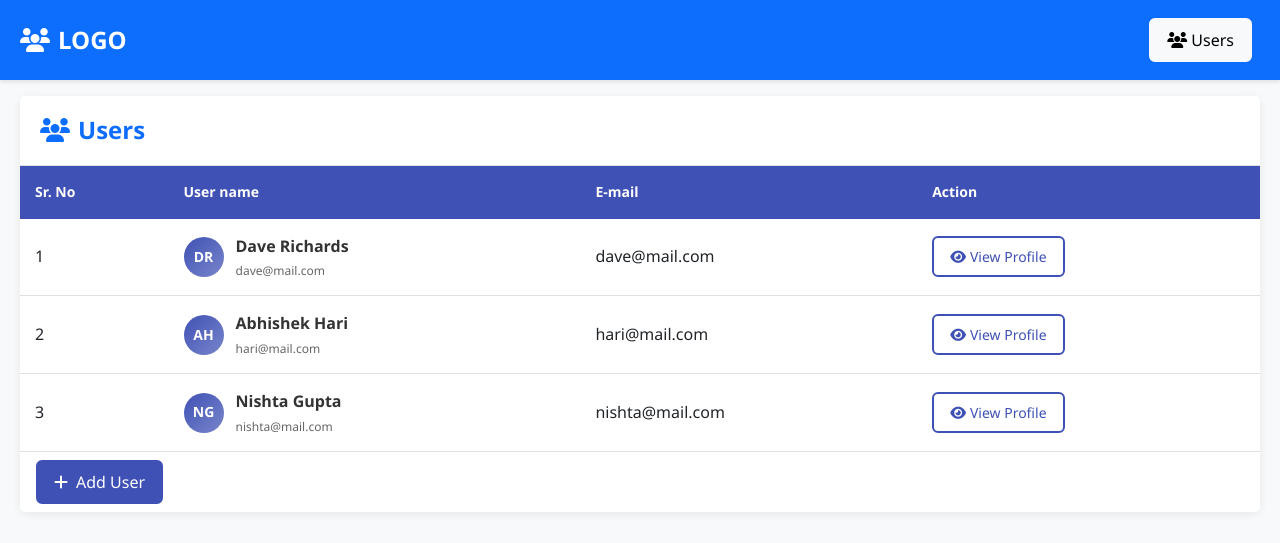
Repository: lavanya671-G/interview_buddy
Page: index.html
The author's editor kept a copy of each file at every save. The page is drawn from the files as they stood at one save, then again after the next save.
The browser window is 1280 px wide. The pictures show the whole page.

Above is the page before, as saved 2025-10-25 23:03:36.

### index.html
<!DOCTYPE html>
<html lang="en">
<head>
    <meta charset="UTF-8">
    <meta name="viewport" content="width=device-width, initial-scale=1.0">
    <title>User Profiles Management</title>
    <link href="https://cdn.jsdelivr.net/npm/bootstrap@5.3.0/dist/css/bootstrap.min.css" rel="stylesheet">
    <link rel="stylesheet" href="https://cdnjs.cloudflare.com/ajax/libs/font-awesome/6.4.0/css/all.min.css">
    <link rel="stylesheet" href="styles.css">
</head>
<body>
    <div id="root">

        <div id="loading" class="loading-spinner">
            <div class="spinner-border text-primary" role="status">
                <span class="visually-hidden">Loading...</span>
            </div>
        </div>


        <div id="error" class="error-message" style="display: none;">
            <i class="fas fa-exclamation-triangle me-2"></i>
            <span id="error-text"></span>
        </div>


        <div id="app-content" style="display: none;">

            <nav class="navbar navbar-expand-lg navbar-dark bg-primary">
                <div class="container-fluid">
                    <a class="navbar-brand fw-bold" href="#">
                        <i class="fas fa-users me-2"></i>LOGO
                    </a>
                    <div class="navbar-nav ms-auto">
                        <button id="users-nav-btn" class="btn btn-outline-light me-2">
                            <i class="fas fa-users me-1"></i>Users
                        </button>
                        <button id="profile-nav-btn" class="btn btn-outline-light" style="display: none;">
                            <i class="fas fa-user me-1"></i>Profile
                        </button>
                    </div>
                </div>
            </nav>


            <div class="container-fluid mt-3">

                <div id="users-view">
                    <div class="card">
                        <div class="card-header bg-white">
                            <h4 class="mb-0 text-primary">
                                <i class="fas fa-users me-2"></i>Users
                            </h4>
                        </div>
                        <div class="card-body p-0">
                            <div class="table-responsive">
                                <table class="table table-hover mb-0">
                                    <thead class="table-primary">
                                        <tr>
                                            <th>Sr. No</th>
                                            <th>User name</th>
                                            <th>E-mail</th>
                                            <th>Action</th>
                                        </tr>
                                    </thead>
                                    <tbody id="users-table-body">

                                    </tbody>
                                </table>
                            </div>
                            <div class="card-footer bg-white border-0">
                                <button id="add-user-btn" class="btn btn-primary">
                                    <i class="fas fa-plus me-2"></i>Add User
                                </button>
                            </div>
                        </div>
                    </div>
                </div>


                <div id="add-user-view" style="display: none;">
                    <div class="card">
                        <div class="card-header bg-white d-flex justify-content-between align-items-center">
                            <h4 class="mb-0 text-primary">Add User</h4>
                            <button id="back-to-users" class="btn btn-outline-secondary">
                                <i class="fas fa-arrow-left me-2"></i>Back to Users
                            </button>
                        </div>
                        <div class="card-body">
                            <form id="add-user-form">
                                <div class="row">
                                    <div class="col-md-6 mb-3">
                                        <label class="form-label fw-semibold">First Name</label>
                                        <input type="text" class="form-control" id="add-first-name" placeholder="e.g. John" required>
                                    </div>
                                    <div class="col-md-6 mb-3">
                                        <label class="form-label fw-semibold">Last Name</label>
                                        <input type="text" class="form-control" id="add-last-name" placeholder="e.g. Doe" required>
                                    </div>
                                </div>
                                <div class="row">
                                    <div class="col-md-6 mb-3">
                                        <label class="form-label fw-semibold">Email</label>
                                        <input type="email" class="form-control" id="add-email" placeholder="e.g. john@mail.com" required>
                                    </div>
                                    <div class="col-md-6 mb-3">
                                        <label class="form-label fw-semibold">Phone</label>
                                        <input type="text" class="form-control" id="add-phone" placeholder="e.g. 8332883854" required>
                                    </div>
                                </div>
                                <div class="d-flex gap-2">
                                    <button type="submit" class="btn btn-success">
                                        <i class="fas fa-save me-2"></i>Save User
                                    </button>
                                    <button type="button" id="cancel-add-user" class="btn btn-outline-secondary">
                                        <i class="fas fa-times me-2"></i>Cancel
                                    </button>
                                </div>
                            </form>
                        </div>
                    </div>
                </div>


                <div id="profile-view" style="display: none;">
                </div>
            </div>
        </div>
    </div>

    <script src="https://cdn.jsdelivr.net/npm/bootstrap@5.3.0/dist/js/bootstrap.bundle.min.js"></script>
    <script src="app.js"></script>
</body>
</html>

### styles.css
:root {
    --primary-color: #3f51b5;
    --secondary-color: #f5f5f5;
    --accent-color: #ff4081;
    --text-color: #333;
    --border-color: #e0e0e0;
}

* {
    margin: 0;
    padding: 0;
    box-sizing: border-box;
}

body {
    font-family: 'Segoe UI', Tahoma, Geneva, Verdana, sans-serif;
    background-color: #f8f9fa;
    color: var(--text-color);
    line-height: 1.6;
}

.navbar {
    box-shadow: 0 2px 4px rgba(0,0,0,0.1);
    padding: 1rem 0;
}

.navbar-brand {
    font-size: 1.5rem;
}

.container-fluid {
    padding: 0 20px;
}

.card {
    border: none;
    border-radius: 8px;
    box-shadow: 0 2px 10px rgba(0,0,0,0.08);
    margin-bottom: 20px;
}

.card-header {
    background: white;
    border-bottom: 1px solid var(--border-color);
    padding: 20px;
}

.card-header h4 {
    color: var(--primary-color);
    font-weight: 600;
}

.table {
    margin: 0;
}

.table thead th {
    background-color: var(--primary-color);
    color: white;
    border: none;
    padding: 15px;
    font-weight: 600;
    font-size: 14px;
}

.table tbody tr {
    transition: background-color 0.2s ease;
}

.table tbody tr:hover {
    background-color: rgba(63, 81, 181, 0.05);
}

.table tbody td {
    padding: 15px;
    vertical-align: middle;
    border-bottom: 1px solid var(--border-color);
}


.user-avatar {
    width: 40px;
    height: 40px;
    border-radius: 50%;
    background: linear-gradient(135deg, var(--primary-color), #7986cb);
    color: white;
    display: flex;
    align-items: center;
    justify-content: center;
    font-weight: bold;
    font-size: 14px;
    margin-right: 12px;
}

.user-info {
    display: flex;
    align-items: center;
}

.user-name {
    font-weight: 600;
    color: var(--text-color);
}

.user-email {
    font-size: 12px;
    color: #666;
    margin-top: 2px;
}


.btn {
    border-radius: 6px;
    padding: 8px 16px;
    font-weight: 500;
    transition: all 0.3s ease;
    border: 2px solid transparent;
}

.btn-primary {
    background: var(--primary-color);
    border-color: var(--primary-color);
}

.btn-primary:hover {
    background: #303f9f;
    border-color: #303f9f;
    transform: translateY(-1px);
}

.btn-outline-primary {
    border-color: var(--primary-color);
    color: var(--primary-color);
    background: transparent;
}

.btn-outline-primary:hover {
    background: var(--primary-color);
    color: white;
}

.btn-success {
    background: #28a745;
    border-color: #28a745;
}

.btn-outline-secondary {
    border-color: #6c757d;
    color: #6c757d;
}


.loading-spinner {
    display: flex;
    justify-content: center;
    align-items: center;
    height: 100vh;
    background: white;
}

.error-message {
    background: #dc3545;
    color: white;
    padding: 12px 20px;
    border-radius: 6px;
    margin: 20px 0;
    display: none;
    position: fixed;
    top: 20px;
    right: 20px;
    z-index: 1000;
    box-shadow: 0 4px 6px rgba(0,0,0,0.1);
}


.profile-header {
    background: white;
    padding: 30px;
    border-bottom: 1px solid var(--border-color);
}

.profile-header-content {
    display: flex;
    align-items: center;
    margin-bottom: 20px;
}

.profile-avatar-large {
    width: 80px;
    height: 80px;
    border-radius: 50%;
    background: linear-gradient(135deg, var(--primary-color), #7986cb);
    color: white;
    display: flex;
    align-items: center;
    justify-content: center;
    font-size: 24px;
    font-weight: bold;
    margin-right: 20px;
}

.profile-info h2 {
    margin: 0;
    color: var(--text-color);
    font-weight: 700;
}

.profile-info p {
    margin: 5px 0 0 0;
    color: #666;
    font-size: 14px;
}

/* Profile Navigation Tabs */
.profile-nav {
    background: white;
    border-bottom: 1px solid var(--border-color);
}

.profile-nav .nav {
    padding: 0 30px;
}

.profile-nav .nav-link {
    color: #666;
    font-weight: 500;
    padding: 15px 20px;
    border: none;
    background: none;
    border-bottom: 3px solid transparent;
    transition: all 0.3s ease;
}

.profile-nav .nav-link:hover {
    color: var(--primary-color);
    background: rgba(63, 81, 181, 0.05);
}

.profile-nav .nav-link.active {
    color: var(--primary-color);
    border-bottom-color: var(--primary-color);
    background: none;
}

.tab-content {
    background: white;
    padding: 30px;
}

.tab-pane {
    animation: fadeIn 0.3s ease;
}

@keyframes fadeIn {
    from { opacity: 0; }
    to { opacity: 1; }
}

.section-header {
    color: var(--primary-color);
    font-weight: 600;
    margin-bottom: 20px;
    padding-bottom: 10px;
    border-bottom: 2px solid var(--border-color);
}


.profile-form .row {
    margin-bottom: 20px;
}

.profile-form .form-label {
    font-weight: 600;
    color: var(--text-color);
    margin-bottom: 8px;
    font-size: 14px;
}

.profile-form .form-control {
    border: 2px solid #e9ecef;
    border-radius: 6px;
    padding: 10px 12px;
    font-size: 14px;
}

.profile-form .form-control:focus {
    border-color: var(--primary-color);
    box-shadow: 0 0 0 0.2rem rgba(63, 81, 181, 0.1);
}

.profile-form .form-select {
    border: 2px solid #e9ecef;
    border-radius: 6px;
    padding: 10px 12px;
    font-size: 14px;
}

.work-experience-item {
    background: var(--secondary-color);
    border: 1px solid var(--border-color);
    border-radius: 8px;
    padding: 20px;
    margin-bottom: 15px;
}

.work-experience-item .row {
    margin-bottom: 15px;
}

.skills-projects-section {
    margin-top: 30px;
}


.linkedin-resume-section {
    margin-top: 30px;
    padding-top: 20px;
    border-top: 1px solid var(--border-color);
}


.action-buttons {
    display: flex;
    gap: 10px;
    margin-top: 20px;
}

@media (max-width: 768px) {
    .container-fluid {
        padding: 0 15px;
    }

    .profile-header-content {
        flex-direction: column;
        text-align: center;
    }

    .profile-avatar-large {
        margin-right: 0;
        margin-bottom: 15px;
    }

    .profile-nav .nav {
        padding: 0 15px;
    }

    .profile-nav .nav-link {
        padding: 12px 15px;
        font-size: 14px;
    }

    .tab-content {
        padding: 20px;
    }

    .action-buttons {
        flex-direction: column;
    }

    .action-buttons .btn {
        width: 100%;
    }
}


.text-muted {
    color: #6c757d !important;
}

.visually-hidden {
    position: absolute !important;
    width: 1px !important;
    height: 1px !important;
    padding: 0 !important;
    margin: -1px !important;
    overflow: hidden !important;
    clip: rect(0,0,0,0) !important;
    white-space: nowrap !important;
    border: 0 !important;
}

Loaded but not shown: app.js (567 lines, source omitted)

After the next save:
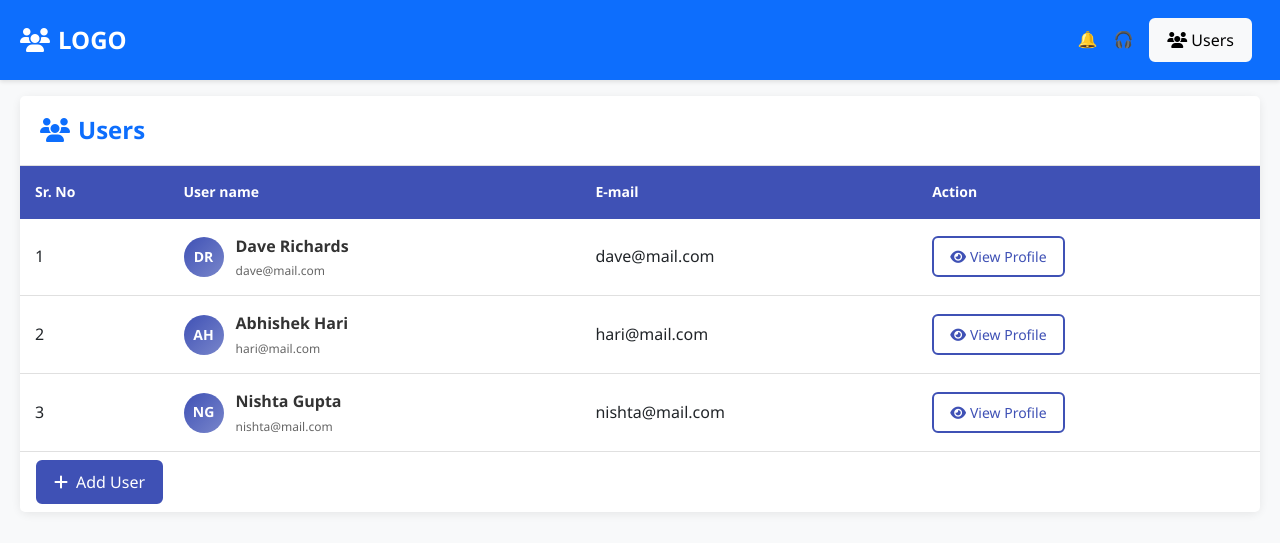
Saved 4 min 44 s later.
--- a/index.html
+++ b/index.html
@@ -26,12 +26,26 @@
 
         <div id="app-content" style="display: none;">
 
+                        <!-- Top Navigation Bar -->
             <nav class="navbar navbar-expand-lg navbar-dark bg-primary">
                 <div class="container-fluid">
                     <a class="navbar-brand fw-bold" href="#">
                         <i class="fas fa-users me-2"></i>LOGO
                     </a>
-                    <div class="navbar-nav ms-auto">
+
+                    <!-- Navigation Icons and Buttons -->
+                    <div class="navbar-nav ms-auto align-items-center">
+                        <!-- Simple Notification Bell Icon -->
+                        <span class="nav-icon me-3">
+                            🔔
+                        </span>
+
+                        <!-- Simple Headphone Icon -->
+                        <span class="nav-icon me-3">
+                            🎧
+                        </span>
+
+                        <!-- Navigation Buttons -->
                         <button id="users-nav-btn" class="btn btn-outline-light me-2">
                             <i class="fas fa-users me-1"></i>Users
                         </button>
